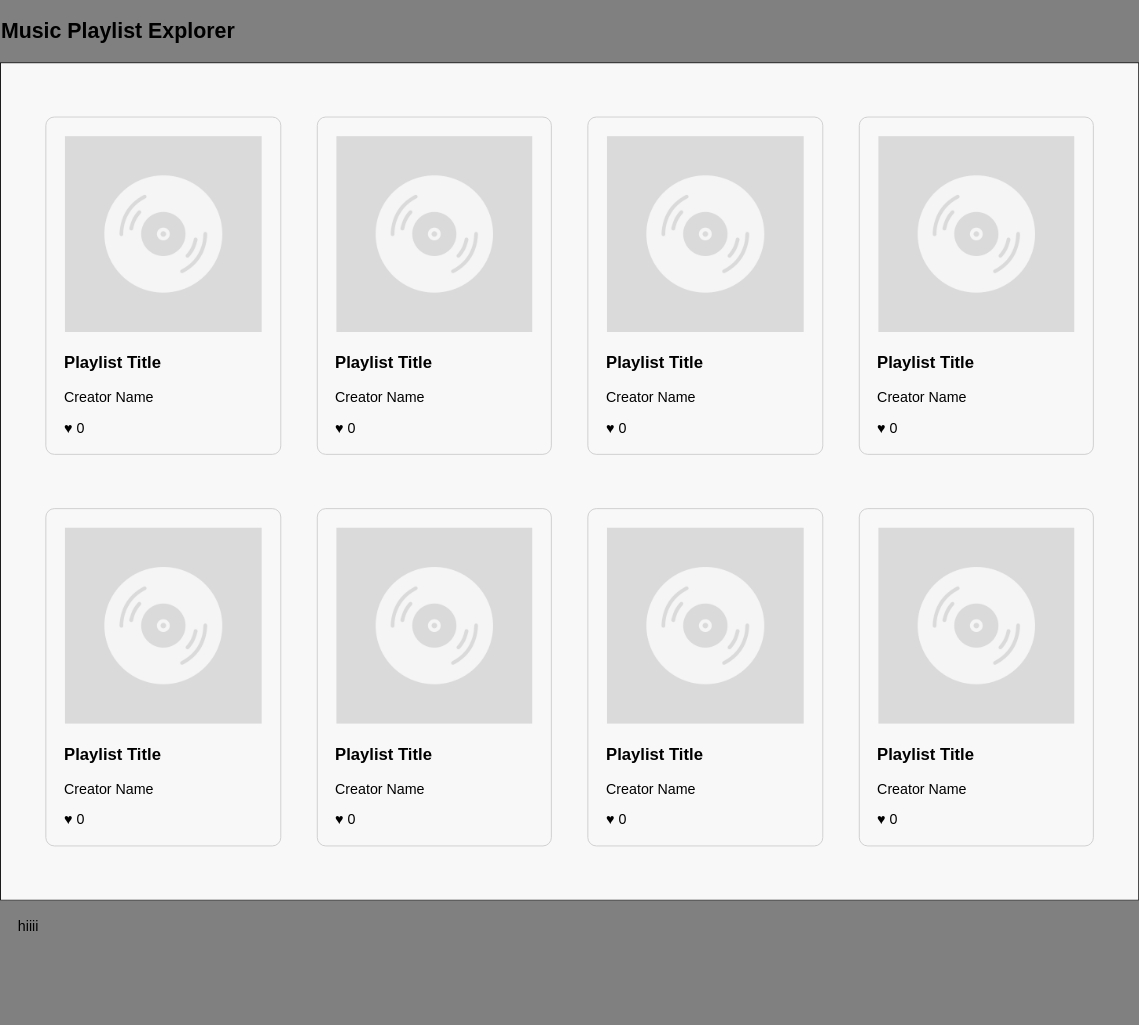
Repository: valentinaarojas/music-player-explorer
Page: index.html
The author's editor kept a copy of each file at every save. The page is drawn from the files as they stood at one save, then again after the next save.
The browser window is 1280 px wide. The pictures show the whole page, at 89% of full size.

Above is the page before, as saved 2025-02-19 16:29:46.
Console error: SyntaxError: Unexpected token '{'

After the next save:
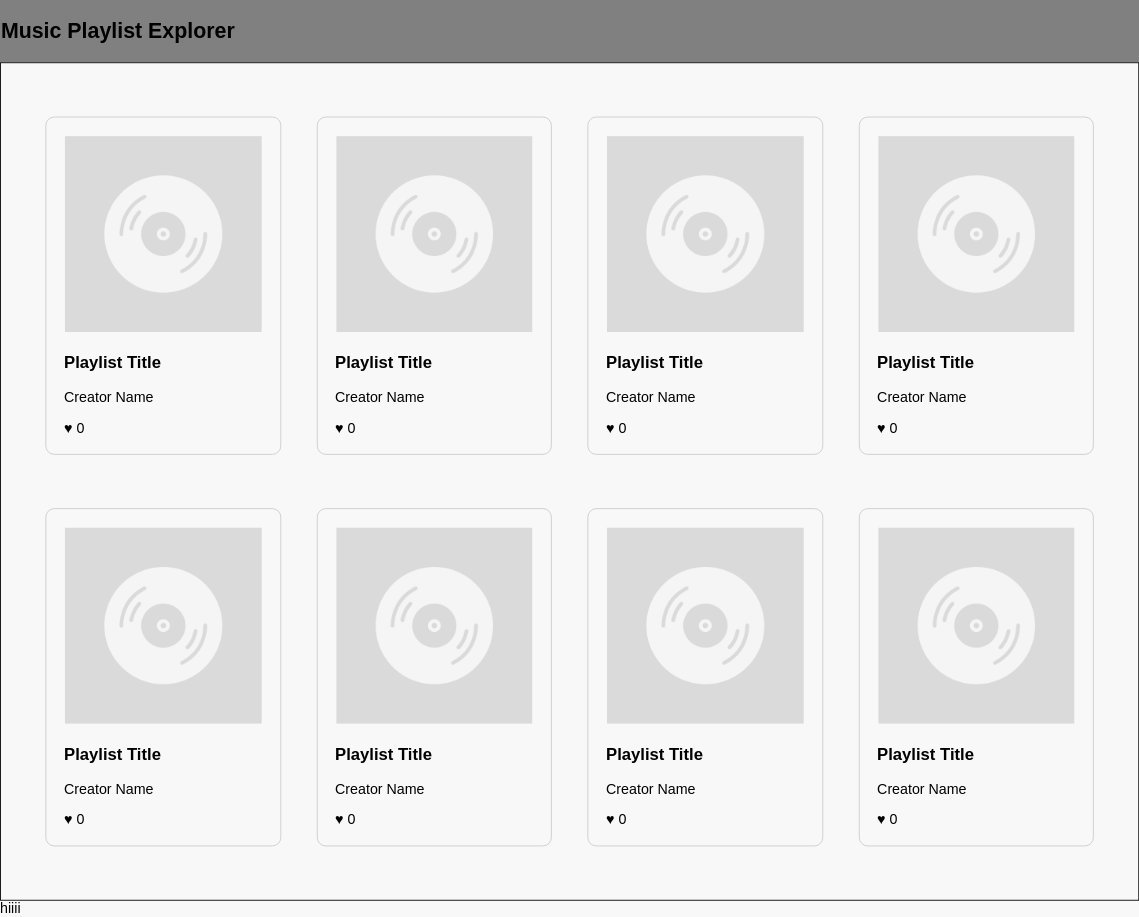
Saved 52 s later.
--- a/style.css
+++ b/style.css
@@ -27,9 +27,3 @@ body {
 .playlist-cover {
     padding: 1px;
 }
-
-.footer {
-    background-color: grey;
-    height: 100px;  /* or your desired height */
-    padding: 20px;
-}
